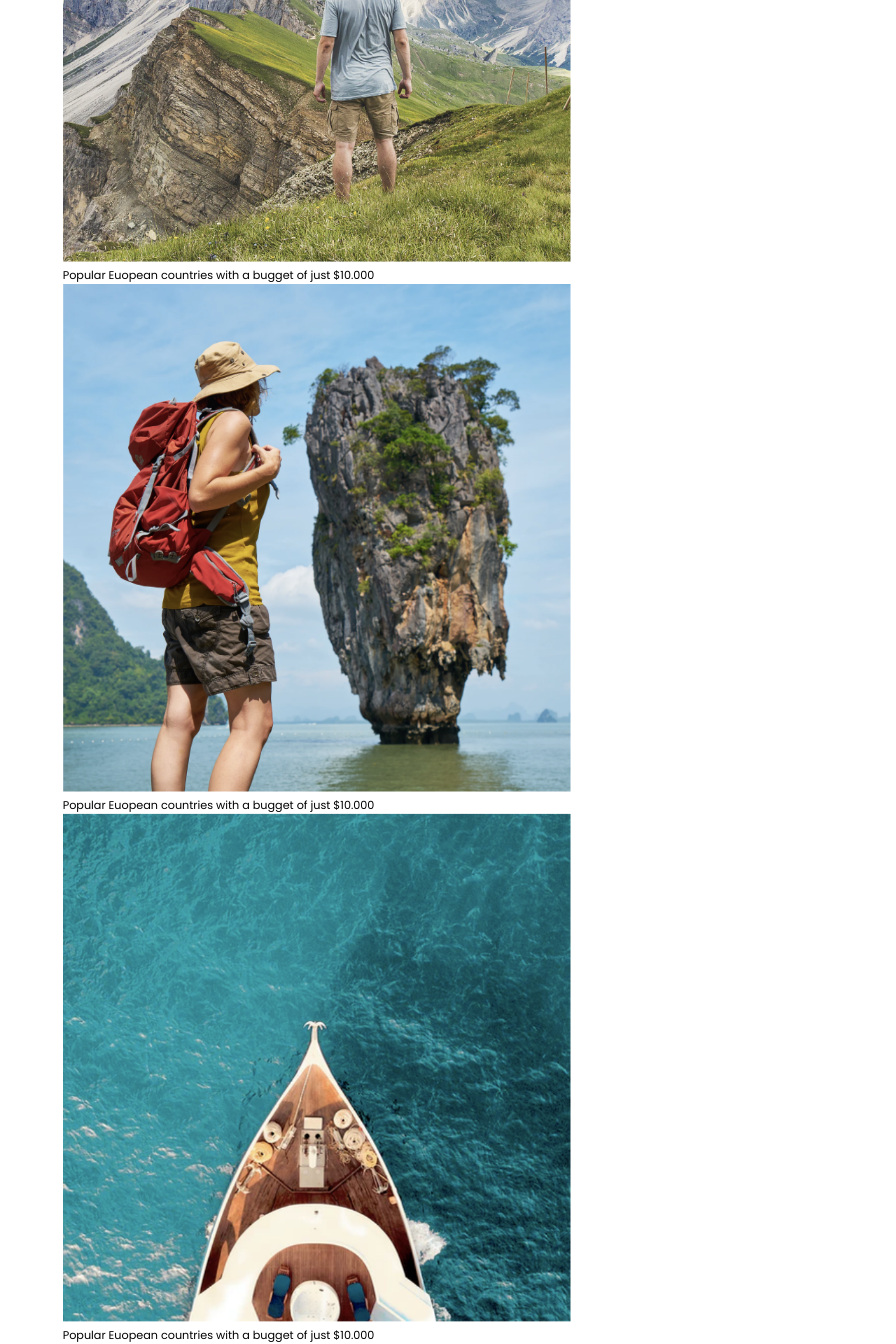
Repository: pinocoding/AirBnB
Page: house.html
These files come from the project's save history. The page is drawn as it stood at one moment and after the next save; the edit follows.
The browser window is 1280 px wide. The pictures show the part of the page from y = 3324 to 5244 px (the page is 5244 px tall before and 4537 px after), at 70% of full size.

Above is the page before, as saved 2022-01-23 16:07:37.

After the next save:
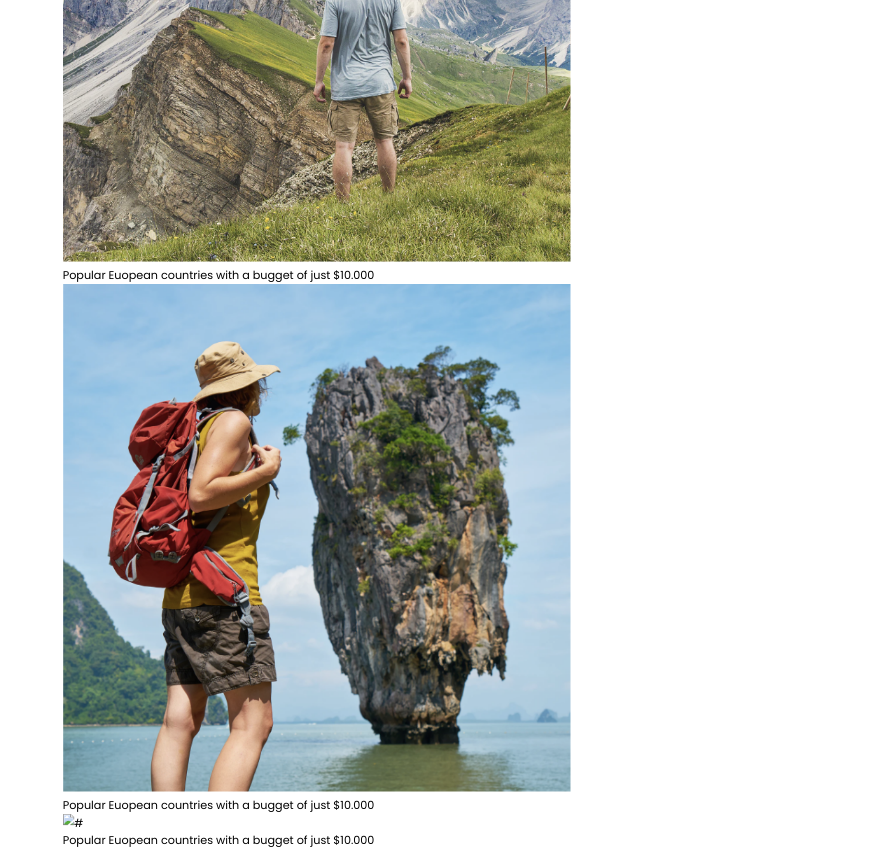
Not found: images/story-4.png
Saved 8 s later.
--- a/house.html
+++ b/house.html
@@ -168,7 +168,7 @@
     <p>Popular Euopean countries with a bugget of just $10.000 </p>
   </div>
   <div>
-    <img src="/images/story-1.png" alt="#" >
+    <img src="/images/story-4.png" alt="#" >
     <p>Popular Euopean countries with a bugget of just $10.000 </p>
   </div>
 </div>

After the save that followed:
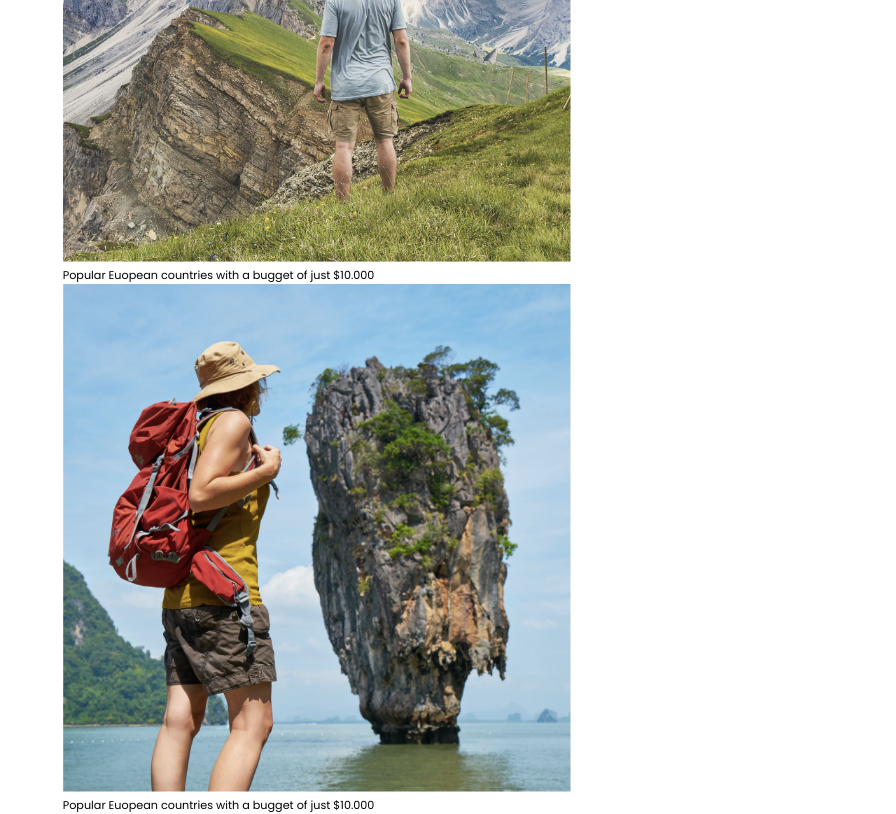
Saved 23 s later.
--- a/house.html
+++ b/house.html
@@ -167,10 +167,7 @@
     <img src="/images/story-3.png" alt="#" >
     <p>Popular Euopean countries with a bugget of just $10.000 </p>
   </div>
-  <div>
-    <img src="/images/story-4.png" alt="#" >
-    <p>Popular Euopean countries with a bugget of just $10.000 </p>
-  </div>
+
 </div>
 <!--  -->
 
